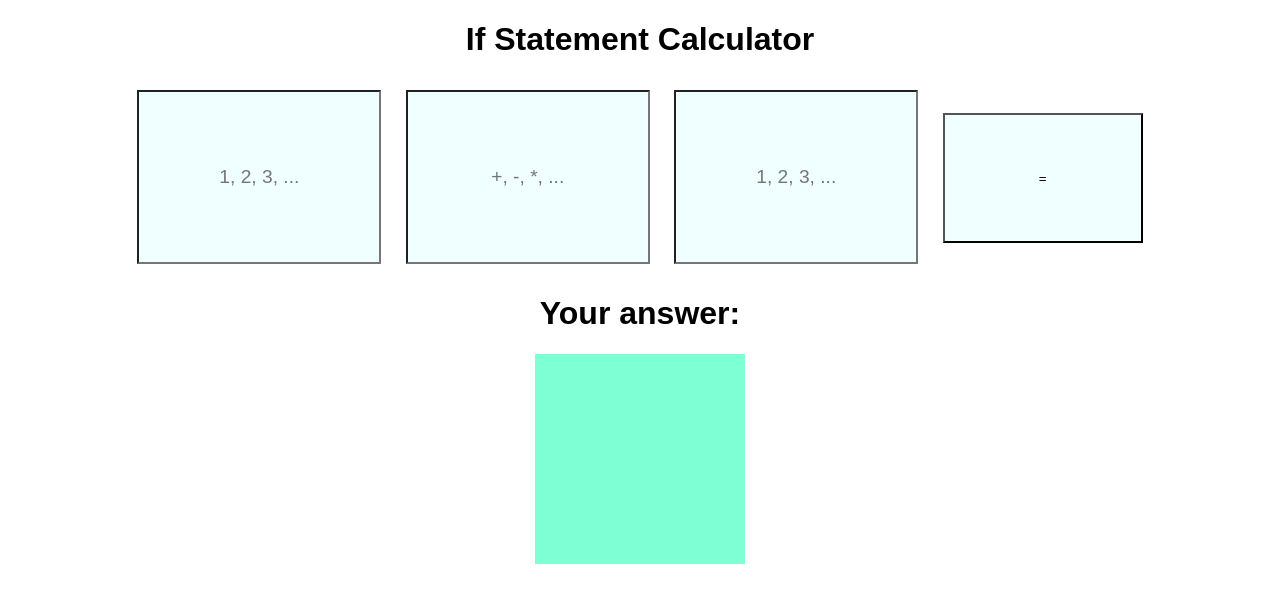
Repository: WesleyErasmus/threeInputCalculator
Page: html/if-calculator.html
The author's editor kept a copy of each file at every save. The page is drawn from the files as they stood at one save, then again after the next save.
The browser window is 1280 px wide. The pictures show the whole page.

Above is the page before, as saved 2022-04-27 22:16:52.

### html/if-calculator.html
<!DOCTYPE html>
<html lang="en">
<head>
    <meta charset="UTF-8">
    <meta http-equiv="X-UA-Compatible" content="IE=edge">
    <meta name="viewport" content="width=device-width, initial-scale=1.0">
    <title>JS If Calculator</title>
    <link rel="stylesheet" href="/css/stylesheet.css">
    <script src="/js/if-calculator.js"></script>

</head>
<body>

<center>
    <form onsubmit="return false;">
        <h1>If Statement Calculator</h1>
        <!-- <div class="inputField"> -->
        <!-- <label for="input1">Enter a number</label> -->
         <input id="input1" type="text" name = "input1" placeholder="1, 2, 3, ..."> <!-- input-1 -->
        </div>
        <!-- <div class="inputField"> -->
         <!-- <label for="input3">Enter operator</label> -->
         <input id="input3" type="text" name = "input3" placeholder="+, -, *, ..."> <!-- input-3 (operator) -->
        </div>
        <!-- <div class="inputField"> -->
         <!-- <label for="input2">Enter a number </label> -->
         <input id="input2" type="text" name = "input2" placeholder="1, 2, 3, ..."> <!-- input-2 -->
        </div>
         <button onclick="sum()">=</button>
         <h1>Your answer:</h1>
         <p id="output"></p>
    </form>
</center>
</body>
</html>

### css/stylesheet.css
body {
font-family: sans-serif;
}
form {
display: block;
margin: 0 auto;
}
input {
    background-color: azure;
    width: 200px;
    height: 130px;
    padding: 20px;
    margin: 10px;
    text-align: center;
    font-size: larger;
}
button {
    background-color: azure;
    width: 200px;
    height: 130px;
    padding: 0;
    margin: 10px;
}
p {
    width: 210px;
    height: 210px;
    background-color: aquamarine;
}

### js/if-calculator.js
function sum() {
const num1 = document.getElementById("input1").value;
const num2 = document.getElementById("input2").value;
const operator = document.getElementById("input3").value;
const output = document.getElementById("output").value;
  let answer;
  document.getElementById("output").value;
  if (operator == '+') {
    answer = +num1 + +num2;
    document.getElementById("output").innerHTML = answer;
  } else if (operator == '-') {
    answer = num1 - num2;
    document.getElementById("output").innerHTML = answer;
  } else if (operator == '*') {
    answer = num1 * num2;
    document.getElementById("output").innerHTML = answer;
  } else {
    answer = num1 / num2;
    document.getElementById("output").innerHTML = answer;
  }console.log(answer);
}

After the next save:
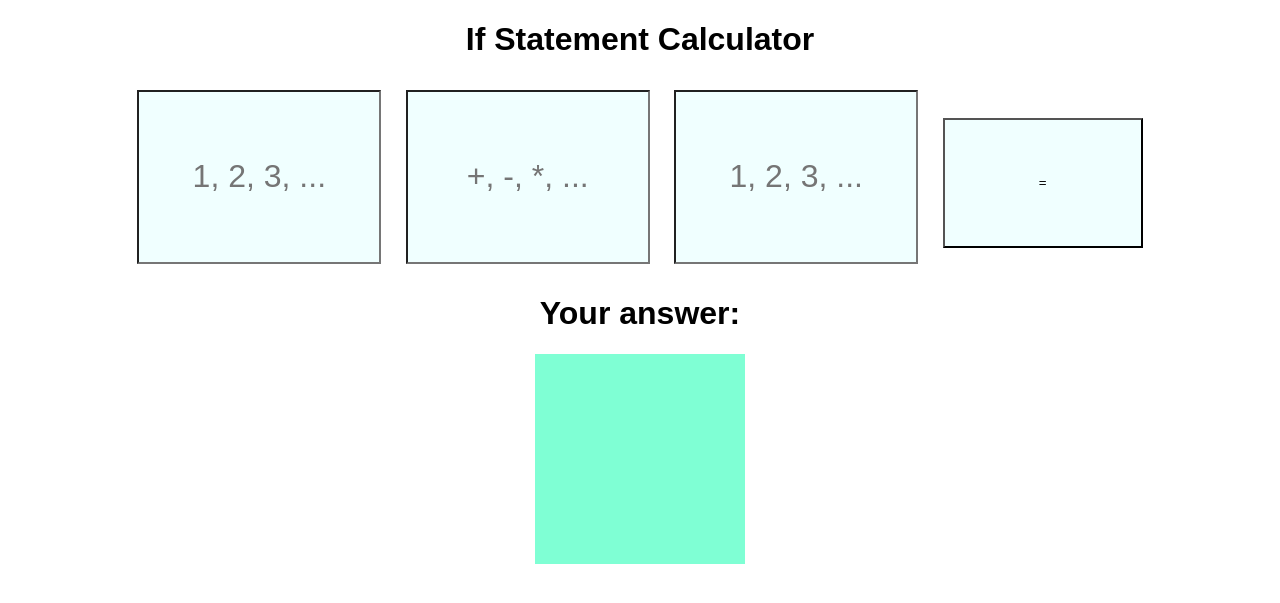
Saved 8 s later.
--- a/css/stylesheet.css
+++ b/css/stylesheet.css
@@ -12,7 +12,7 @@ input {
     padding: 20px;
     margin: 10px;
     text-align: center;
-    font-size: larger;
+    font-size: xx-large;
 }
 button {
     background-color: azure;
